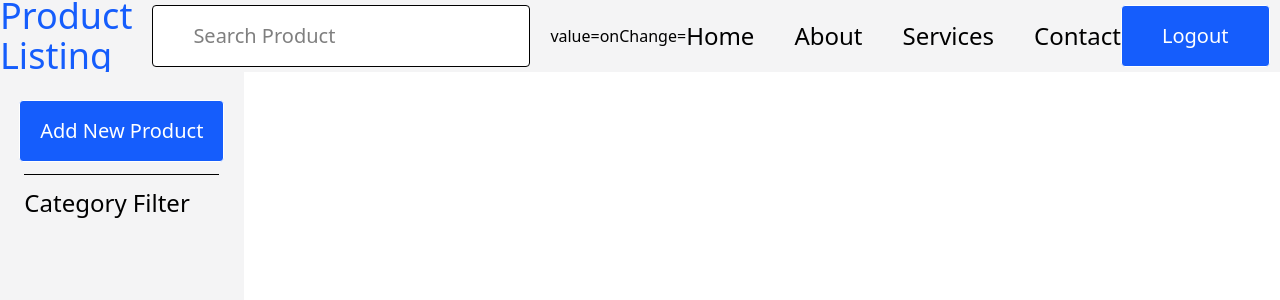
Repository: Habeebur1493/project
Page: /Home
An editor plug-in stored every save of this project. The page is shown before and after the next save, followed by the edit.
The browser window is 1280 px wide. The pictures show the whole page.
The page's requests for data from a server got no answer. The project was rebuilt for these pictures with package versions that can differ from the ones it lists, and the page was loaded fresh each time. No one was signed in, and anything a server would have sent is missing. Also part of the build but not shown: vite.config.js, src/Components/Login.jsx, src/Components/Loading.jsx, src/Components/Details.jsx, src/Components/About.jsx, src/Components/Services.jsx, src/Components/Contact.jsx.

Above is the page before, as saved 2025-01-31 20:49:06.

### index.html
<!doctype html>
<html lang="en">
  <head>
    <meta charset="UTF-8" />
    <meta name="viewport" content="width=device-width, initial-scale=1.0" />
    <title>Project</title>
  </head>
  <body>
    <div id="root"></div>
    <script type="module" src="/src/main.jsx"></script>
  </body>
</html>

### src/main.jsx
import React from "react";
import { createRoot } from "react-dom/client";
import App from "./App.jsx";
import { BrowserRouter } from "react-router-dom";
import Context from "./Components/utils/Context.jsx";

createRoot(document.getElementById("root")).render(
  <Context>
    <BrowserRouter>
      <App />
    </BrowserRouter>
    </Context>

);

### src/App.jsx
import React from "react";
import "./App.css";
import { Route, Routes } from "react-router-dom";
import Login from "./Components/Login.jsx";
import Home from "./Components/Home.jsx";
import Details from "./Components/Details.jsx";
import About from "./Components/About.jsx";
import Services from "./Components/Services.jsx";
import Contact from "./Components/Contact.jsx";


const App = () => {
  return (
    <div className="h-screen w-screen flex">
      <Routes>
        <Route path="/" element={<Login />} />
        <Route path="/Home" element={<Home />} />
        <Route path="/details/:id" element={<Details />} />
        <Route path="/About" element={<About />} />
        <Route path="/Services" element={<Services />} />
        <Route path="/Contact" element={<Contact />} />
      </Routes>
    </div>
  );
};

export default App;

### src/Components/utils/Context.jsx
import React, { createContext, useEffect, useState } from "react";
import axios from "axios";

export const ProductContext = createContext();

const Context = ({children}) => {
  const [products, setproducts] = useState([]);

  const getproducts = async () => {
    try {
      const { data } = await axios.get("https://fakestoreapi.com/products");
      setproducts(data);
    } catch (error) {
      console.log( "Error Fetching products"  ,error);
    }
  };

  useEffect(() => {
    getproducts();
  }, []);

  return (
    <ProductContext.Provider value={{products, setproducts}}>
      {children}
    </ProductContext.Provider>
  );
};

export default Context;

### src/Components/Home.jsx
import React, { useContext, useEffect, useState } from "react";
import { Link, useLocation } from "react-router-dom";
import Nav from "./Nav";
import { ProductContext } from "./utils/Context";
import Loading from "./Loading";
import axios from "axios";

const Home = () => {
  const { products } = useContext(ProductContext);
  const { search } = useLocation();
  const category = decodeURIComponent(search.split("=")[1]);

  const [filteredProducts, setfilteredProducts] = useState(products);

  const getproductscategory = async () => {
    try {
      const { data } = await axios.get(
        `https://fakestoreapi.com/products/category/${category}`
      );
      setfilteredProducts(data);
    } catch (error) {
      console.log(error);
    }
  };
  useEffect(() => {
    if (category.length > 0) getproductscategory();
  }, [category]);

  console.log(filteredProducts);

  if (!products) {
    return <Loading />;
  } else if (products.length < 0) {
    return <h1 className="text-center text-3xl">No products found</h1>;
  }
  return (
    <>
      <Nav />
      <div className="w-[85%] px-3 py-25 flex flex-wrap overflow-x-hidden overflow-y-auto">
        {filteredProducts &&
          filteredProducts.map((p) => (
            <Link
              key={p.id}
              to={`/details/${p.id}`}
              className="mr-3 mb-3 card p-3 border shadow rounded w-[18%] h-[30vh] flex-col flex
         justify-center items-center"
            >
              <div
                className="hover:scale-110 mb-3 w-full h-[80%] bg-contain bg-no-repeat bg-center"
                style={{ backgroundImage: `url(${p.image})` }}
              ></div>
              <h1 className="hover:text-blue-300">{p.title}</h1>
            </Link>
          ))}
      </div>
    </>
  );
};
export default Home;

### src/Components/Nav.jsx
import React, { useContext } from "react";
import { ProductContext } from "./utils/Context";
import { Link, useNavigate,  } from "react-router-dom";
import { useState } from "react";



const Nav = () => {
  const { products } = useContext(ProductContext);
  const navigate = useNavigate();
  const [searchQuery, setSearchQuery] = useState("");


  let category  =
  products && products.reduce((acc, cv)=>[...acc, cv.category], []);
  category = [...new Set(category)];

  const handleLogout =()=>{
    localStorage.removeItem("token");
    navigate("/");
  }
  const filteredProducts = products.filter((product) =>
    product.title.toLowerCase().includes(searchQuery.toLowerCase())
  );

  return (
    <>
      <nav className="w-[20%] h-[100%] bg-zinc-100 flex flex-col items-center pt-5  ">
        <a
          className="mt-20 py-4 px-5 border rounded text-white text-xl bg-blue-600"
          href="/create"
        >
          Add New Product
        </a>
        <hr className="my-3 w-[80%]" />
        <h1 className="text-2xl mb-3 w-[80%]">Category Filter</h1>
        <div className="w-[80%]">

          {category.map((c, i) => (

          <Link
          key={i}
          to={`/?category=${c}`}
           className="flex items-center mb-3">
            <span className="rounded-full mr-2 w-[15px] h-[15px] bg-blue-400"></span>
            {""}
            {c}
          </Link>
          ))}
        </div>
      </nav>

      <nav className="w-screen h-[10%] bg-zinc-100 flex justify-evenly items-center absolute overflow-y-auto">
        <h1 className=" mr-5 text-4xl text-bold text-blue-600">Product Listing</h1>
        <input
        type="text"
        placeholder="Search Product"
        className="mr-5 py-4 px-10 border rounded text-black text-xl bg-white" />
        value={searchQuery}
        onChange={(e) => setSearchQuery(e.target.value)}
        <ul className="flex gap-10 text-2xl">
          <Link to="/Home">Home</Link>
          <Link to="/About">About</Link>
          <Link to="/Services">Services</Link>
          <Link to="/Contact">Contact</Link>
        </ul>
          <button
            onClick={handleLogout}
            className='mr-5 py-4 px-10 border rounded text-white text-xl bg-blue-600'>
            Logout</button>
      </nav>
    </>
  );
};

export default Nav;

Loaded but not shown: src/App.css (common file)

After the next save:
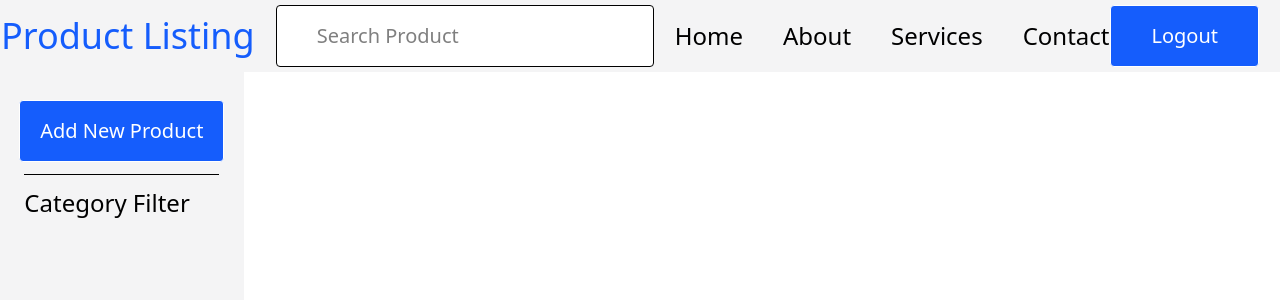
Saved 31 s later.
--- a/src/Components/Nav.jsx
+++ b/src/Components/Nav.jsx
@@ -55,9 +55,10 @@ const Nav = () => {
         <input
         type="text"
         placeholder="Search Product"
-        className="mr-5 py-4 px-10 border rounded text-black text-xl bg-white" />
+        className="mr-5 py-4 px-10 border rounded text-black text-xl bg-white"
         value={searchQuery}
         onChange={(e) => setSearchQuery(e.target.value)}
+        />
         <ul className="flex gap-10 text-2xl">
           <Link to="/Home">Home</Link>
           <Link to="/About">About</Link>
